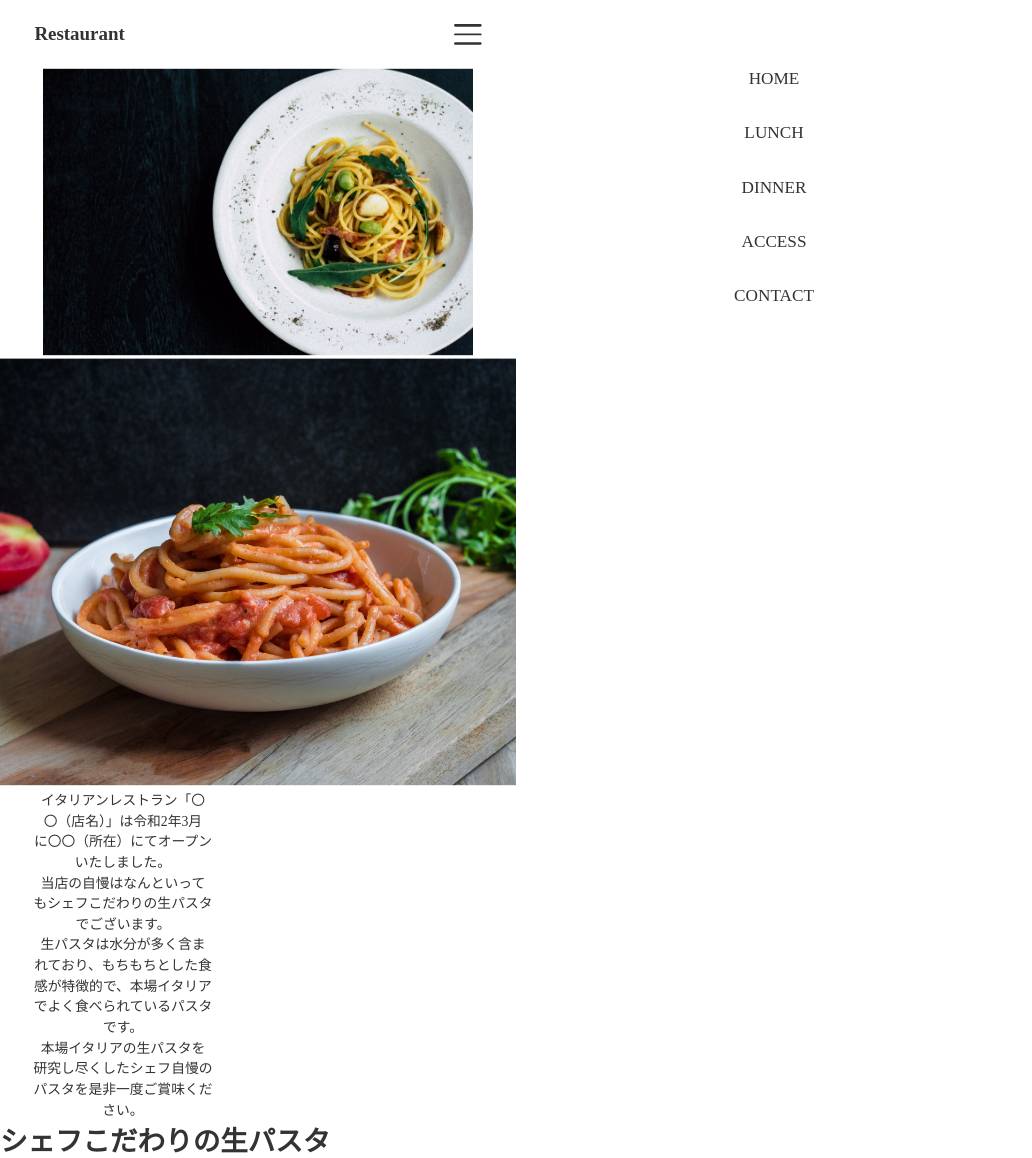
Repository: konatsu-0806/demo-site
Page: FromFigma/index.html
These files come from the project's save history. The page is drawn as it stood at one moment and after a run of saves; the edit follows.
The browser window is 600 px wide. The page is 1200 px wide, so the pictures cover 1200 px, including what lies to the right of the window. The pictures show the whole page, at 86% of full size.

Above is the page before, as saved 2023-02-08 17:06:42.

After the next 2 saves:
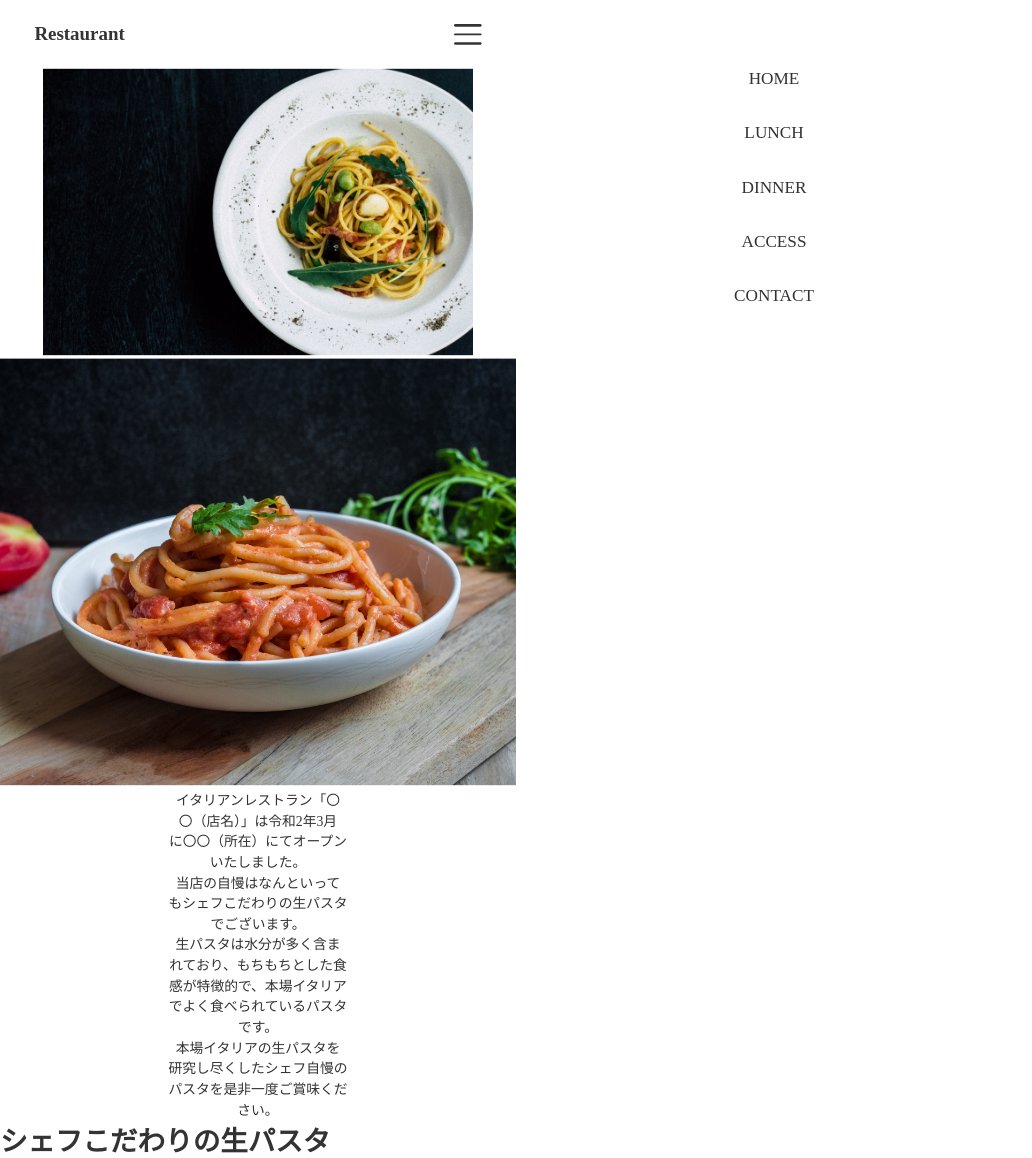
The 2 saves are shown as one change because they came seconds apart.
The last was saved 9 s later.
--- a/FromFigma/css/style.css
+++ b/FromFigma/css/style.css
@@ -144,7 +144,7 @@ img {
         width: 100%;
         margin: 0 auto;
     }
-    .intro_contents .box2 {
+    .intro_contents .intro_sentence {
         width: 100%;
         margin: 0 auto;
     }
